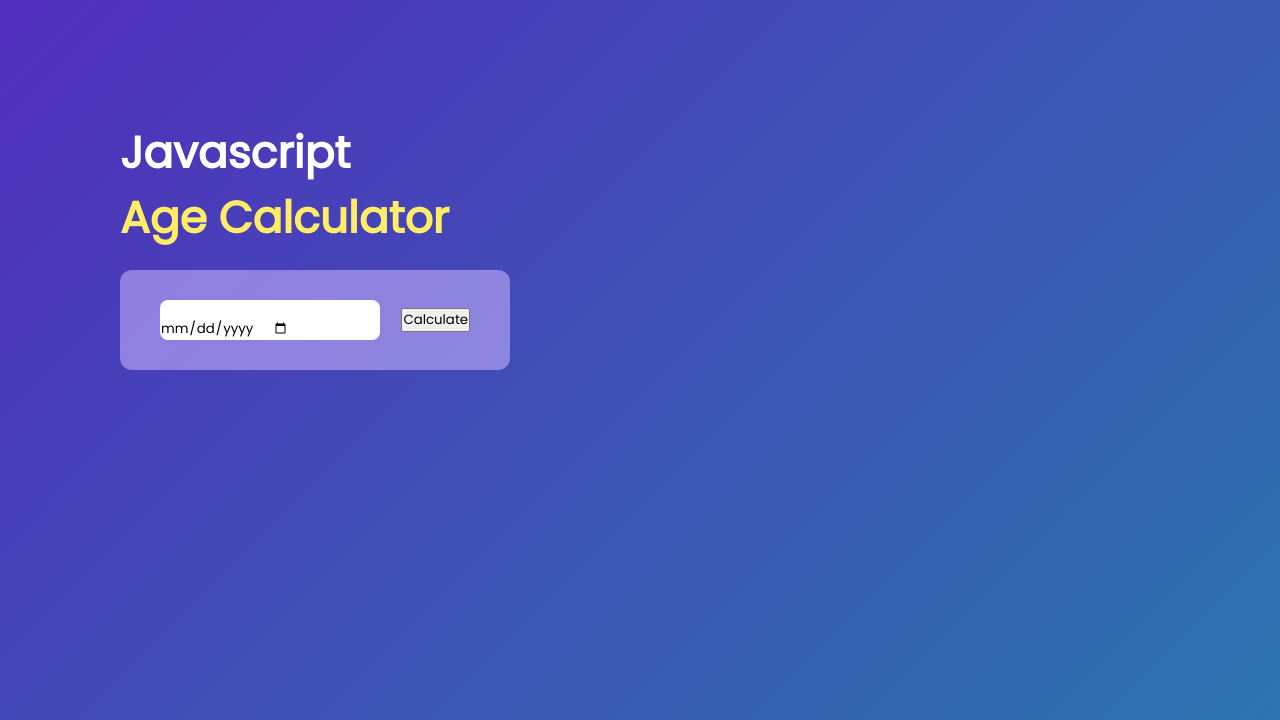
Repository: Ankitkr2021/Age-Calculator
Page: index.html
An editor plug-in stored every save of this project. The page is shown before and after the next save, followed by the edit.
The browser window is 1280 px wide. The pictures show the whole page.

Above is the page before, as saved 2025-10-05 10:31:33.

### index.html
<!DOCTYPE html>
<html lang="en">
<head>
    <meta charset="UTF-8">
    <meta name="viewport" content="width=device-width, initial-scale=1.0">
    <title>Age Calculator</title>
    <link rel="stylesheet" href="./style.css">
</head>
<body>
    <div class="main">
        <h1 class="js">Javascript</h1>
        <h1 class="age">Age Calculator</h1>
        <div class="box">
            <input type="date">
             <button>Calculate</button>
        </div>
    </div>
</body>
</html>

### style.css
@import url("https://fonts.googleapis.com/css2?family=Poppins&display=swap");

*{
    margin: 0;
    padding: 0;
    box-sizing: border-box;
    font-family: "Poppins",sans-serif;
}

body{
    height: 100vh;
    width: 100%;
    background: linear-gradient(135deg, rgb(81, 46, 188), rgb(44, 116, 174));
}

.main{
    /* background: #fff; */
    width: 550px;
    padding: 40px;
}

.js{
    padding-top: 80px;
    padding-left: 80px;
    color: #fff;
    font-size: 44px;
    font-weight: 800;
}

.age{
    /* padding-top: 80px; */
    padding-left: 80px;
    color: #ffed65;
    font-size: 44px;
    font-weight: 800;
}

.box {
    height: 100px;
    display: flex;
    align-items: center;
    justify-content: space-between;
    padding: 40px;
    margin-top: 20px;
    margin-left: 80px;
    background: #c8b2ff8f;
    border-radius: 12px;
}

input {
    width: 220px;
    height: 40px;
    border-radius: 8px;
    border: none;
    display: flex;
    justify-content: space-between;
    align-items: end;
}

After the next save:
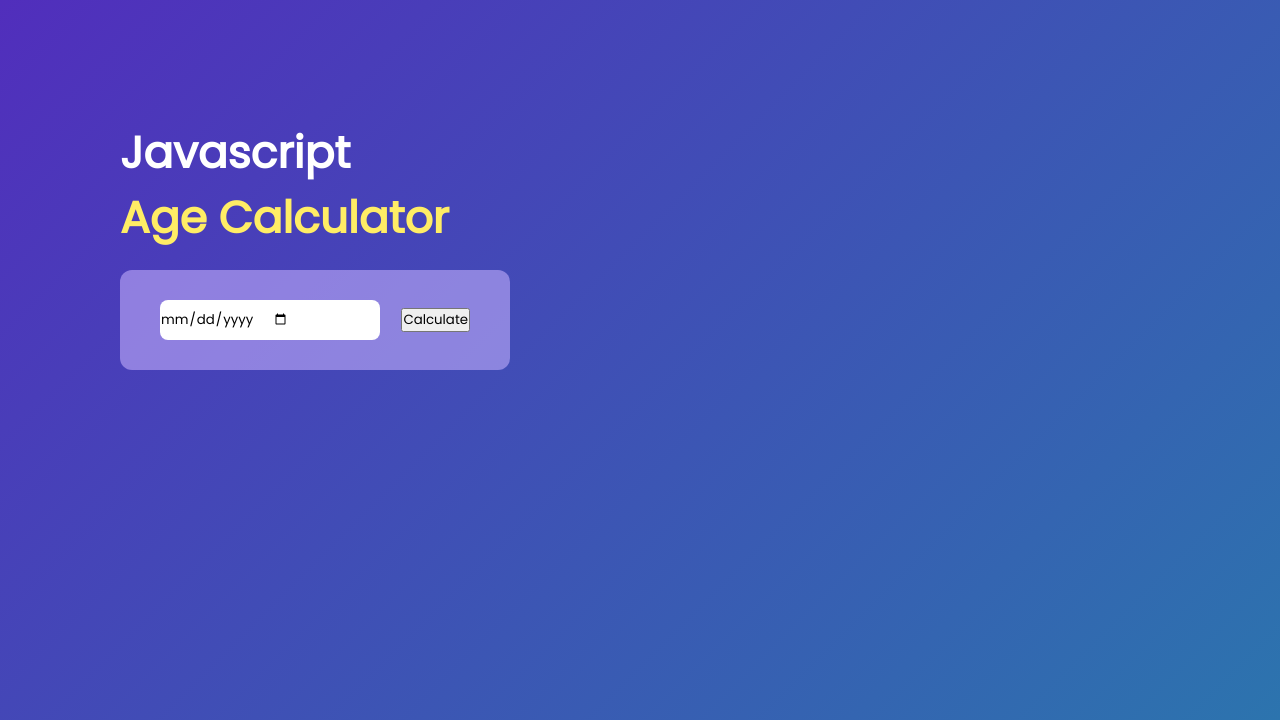
Saved 6 s later.
--- a/style.css
+++ b/style.css
@@ -54,5 +54,5 @@
     border: none;
     display: flex;
     justify-content: space-between;
-    align-items: end;
+    align-items: center;
 }
